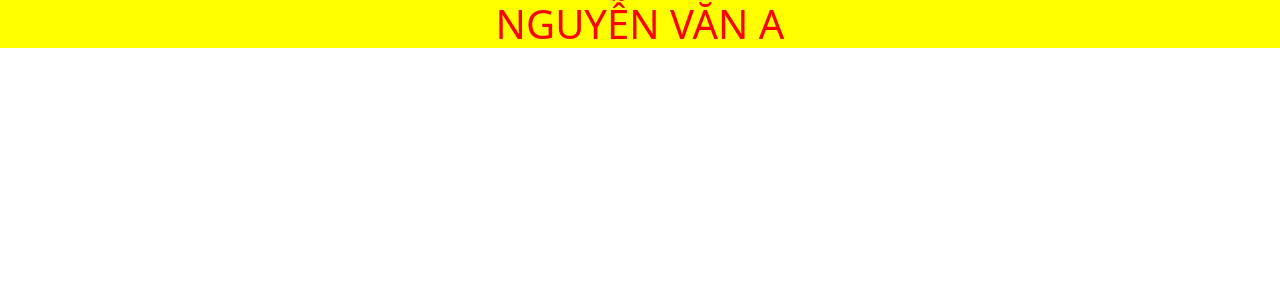
Repository: diephn/Python
Page: eclipse-workspace/JAVA/src/main/webapp/bt1.html
The author's editor kept a copy of each file at every save. The page is drawn from the files as they stood at one save, then again after the next save.
The browser window is 1280 px wide. The pictures show the whole page.

Above is the page before, as saved 2025-05-08 03:38:48.

### eclipse-workspace/JAVA/src/main/webapp/bt1.html
<!DOCTYPE html>
<html lang="vi">
<head>
    <meta charset="UTF-8">
    <title>Bài 1 - HTML CSS</title>

    <!-- Nhúng Bootstrap -->
    <link href="https://cdn.jsdelivr.net/npm/bootstrap@5.3.0/dist/css/bootstrap.min.css" rel="stylesheet">

    <style>
        /* Class căn giữa chữ */
        .center-text {
            text-align: center;
        }

        /* Class chuyển chữ thành chữ hoa */
        .uppercase {
            text-transform: uppercase;
        }

        /* Class đổi màu chữ */
        .text-red {
            color: red;
        }

        /* Class đổi màu nền */
        .bg-yellow {
            background-color: yellow;
        }
    </style>
</head>
<body>

    <!-- Họ tên trong thẻ h1 -->
    <h1 class="center-text uppercase text-red bg-yellow">Nguyễn Văn A</h1>

</body>
</html>

After the next save:
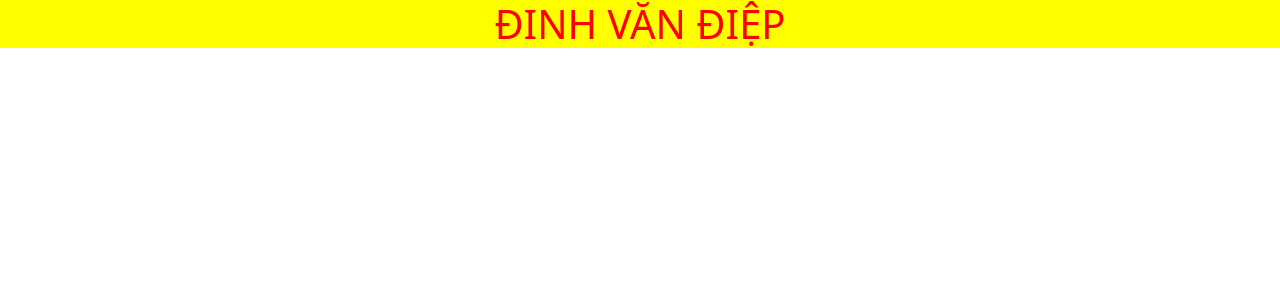
Saved 93 s later.
--- a/eclipse-workspace/JAVA/src/main/webapp/bt1.html
+++ b/eclipse-workspace/JAVA/src/main/webapp/bt1.html
@@ -32,7 +32,6 @@
 <body>
 
     <!-- Họ tên trong thẻ h1 -->
-    <h1 class="center-text uppercase text-red bg-yellow">Nguyễn Văn A</h1>
-
+    <h1 class="center-text uppercase text-red bg-yellow">Đinh Văn Điệp</h1>
 </body>
 </html>
